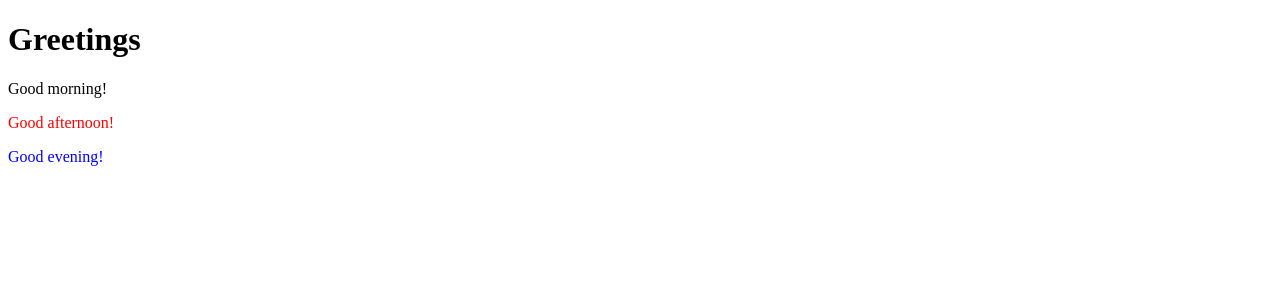
Repository: miyuokada/microposts
Page: summary/all.html
The author's editor kept a record of every edit. The page is drawn from the files as they stood at one moment, then again after the next edit.
The browser window is 1280 px wide. The pictures show the whole page.

Above is the page before.

### summary/all.html
<!DOCTYPE html>
<html lang="ja">
    <head>
        <meta charset="UTF-8">
        <link rel="stylesheet" href="all.css">
        <title>Test</title>
    </head>
    <body>
        <body>
<h1>Greetings</h1>

  <div id=greetings><div　class=morning>
 <p>Good morning!</p>
  </div>
</div>


    <div id=greetings><div class=afternoon>
 <p>Good afternoon!</p>
  </div>
</div>


 <div id=greetings><div class=evening>
 <p>Good evening!</p>
  </div>
</div>
</body>

        <header>

        </header>

        </footer>

    </body>
</html>

### summary/all.css
@charset "UTF-8";



#greetings .morning {
  color: green;
}
#greetings .afternoon {
  color: red;
}
#greetings .evening {
  color: blue;
}

After the next edit:
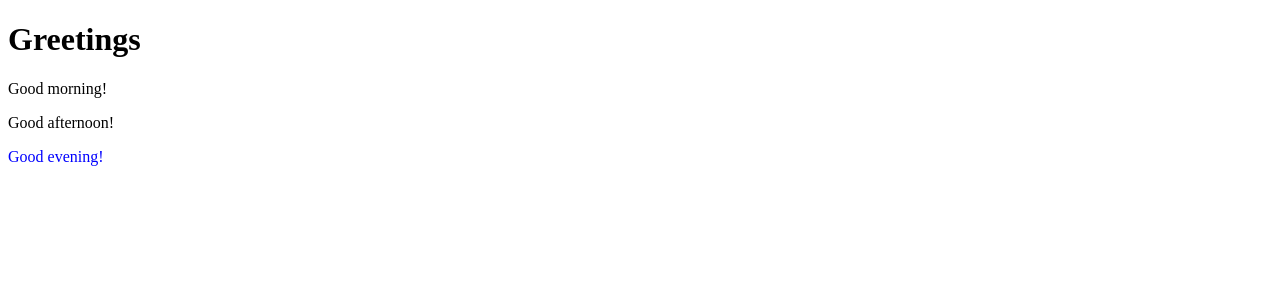
The edit:
--- a/summary/all.html
+++ b/summary/all.html
@@ -15,7 +15,7 @@
 </div>
 
 
-    <div id=greetings><div class=afternoon>
+    <div id=greetings><class=afternoon>
  <p>Good afternoon!</p>
   </div>
 </div>
